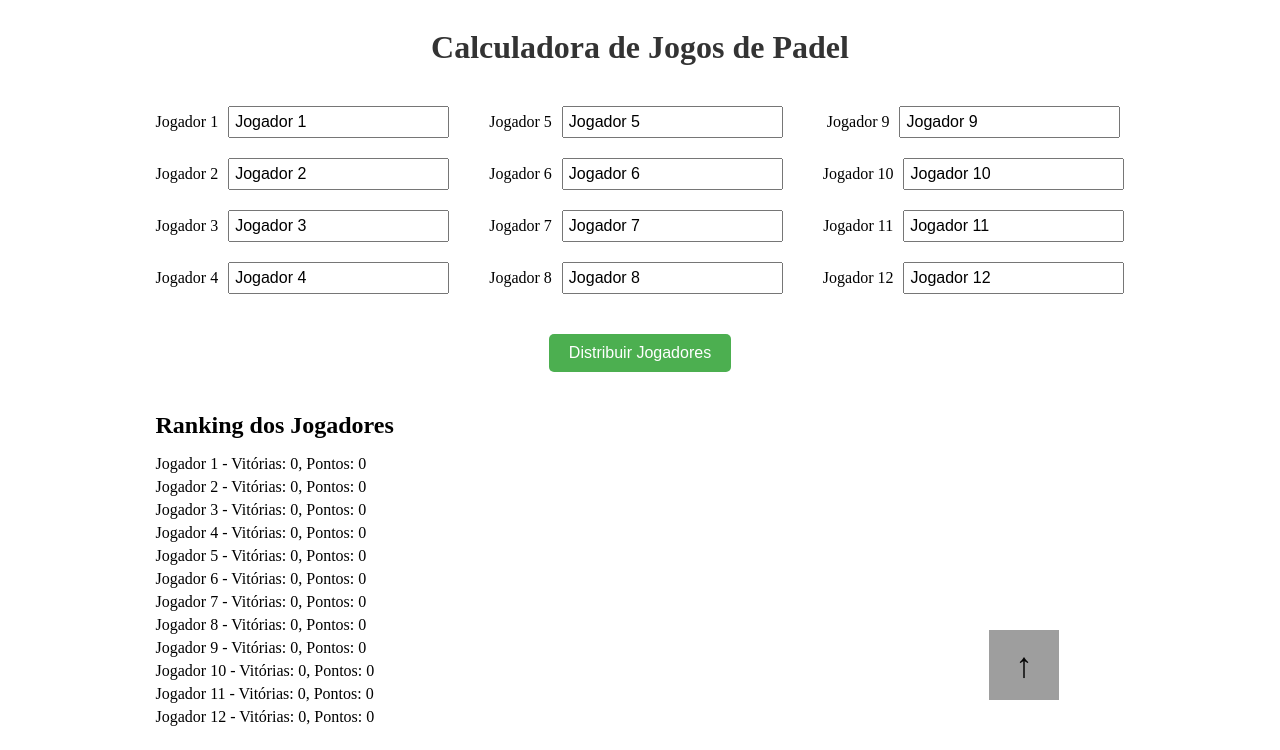
Repository: MarcioMiguel22/PadelMaster
Page: /calculadora
An editor plug-in stored every save of this project. The page is shown before and after the next save, followed by the edit.
The browser window is 1280 px wide. The pictures show the whole page.
Pictures or frames that could not be fetched are drawn as grey boxes. The project was rebuilt for these pictures with package versions that can differ from the ones it lists, and the page was loaded fresh each time. Also part of the build but not shown: vite.config.ts, src/pages/Home/Home.tsx, src/components/components_calculadora/Campo.tsx, src/components/components_calculadora/Jogo.tsx, src/index.css.

Above is the page before, as saved 2024-06-14 12:00:14.

After the next save:
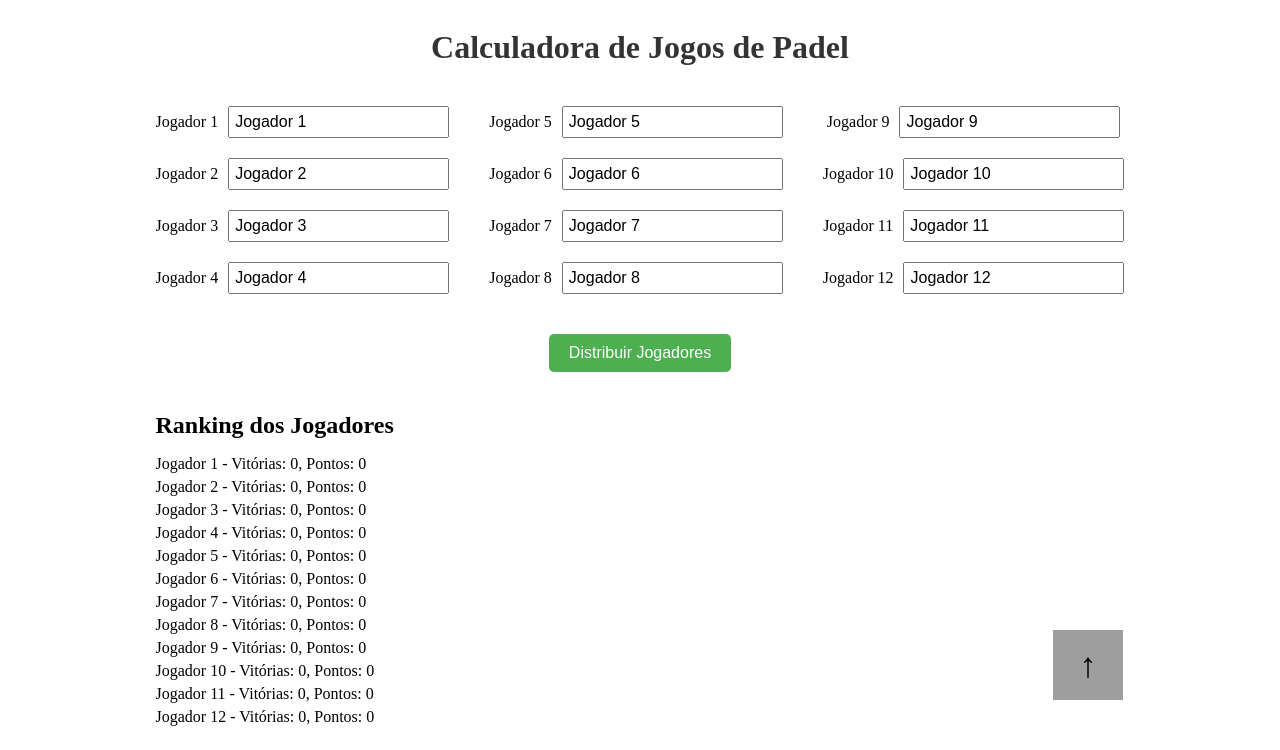
Saved 5 s later.
--- a/src/components/components_calculadora/ScrollToTopButton.module.css
+++ b/src/components/components_calculadora/ScrollToTopButton.module.css
@@ -1,7 +1,7 @@
 .scrollToTop {
   position: fixed;
   bottom: 20px;
-  left: 80%;
+  left: 85%;
   transform: translateX(-50%);
   width: 70px;
   height: 70px;
